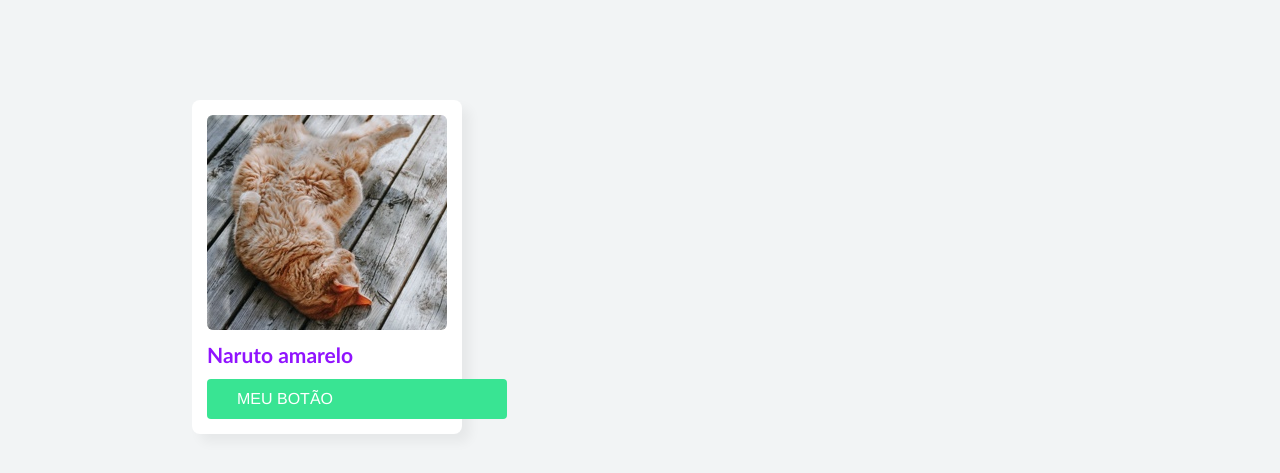
Repository: alessandradiamantino/Curso-Front-End-Design
Page: 1 - Introdução ao HTML e CSS/2 - Exercício CSS/01/codesignerspro-arquivos-exercicio-css-02/codesignerspro-arquivos-exercicio-css-02/index.html
These files come from the project's save history. The page is drawn as it stood at one moment and after the next save; the edit follows.
The browser window is 1280 px wide. The pictures show the whole page.

Above is the page before, as saved 2021-07-28 12:07:39.

After the next save:
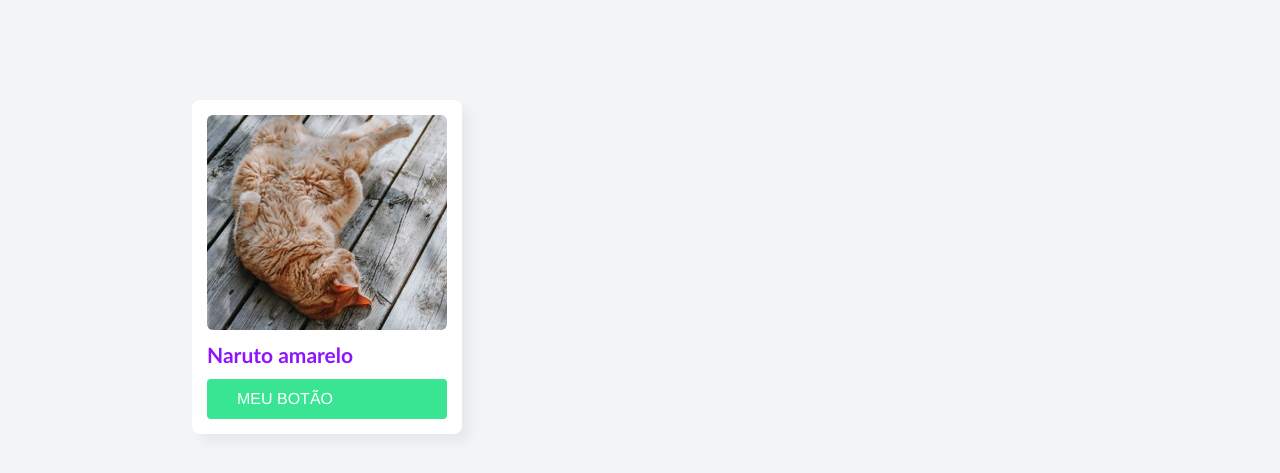
Saved 5 s later.
--- a/1 - Introdução ao HTML e CSS/2 - Exercício CSS/01/codesignerspro-arquivos-exercicio-css-02/codesignerspro-arquivos-exercicio-css-02/css/style.css
+++ b/1 - Introdução ao HTML e CSS/2 - Exercício CSS/01/codesignerspro-arquivos-exercicio-css-02/codesignerspro-arquivos-exercicio-css-02/css/style.css
@@ -70,5 +70,5 @@ main {
   margin-top: 12px;
   padding: 0 30px;
   border-radius: 4px;
-  box-sizing: ;
+  box-sizing: border-box;
 }
